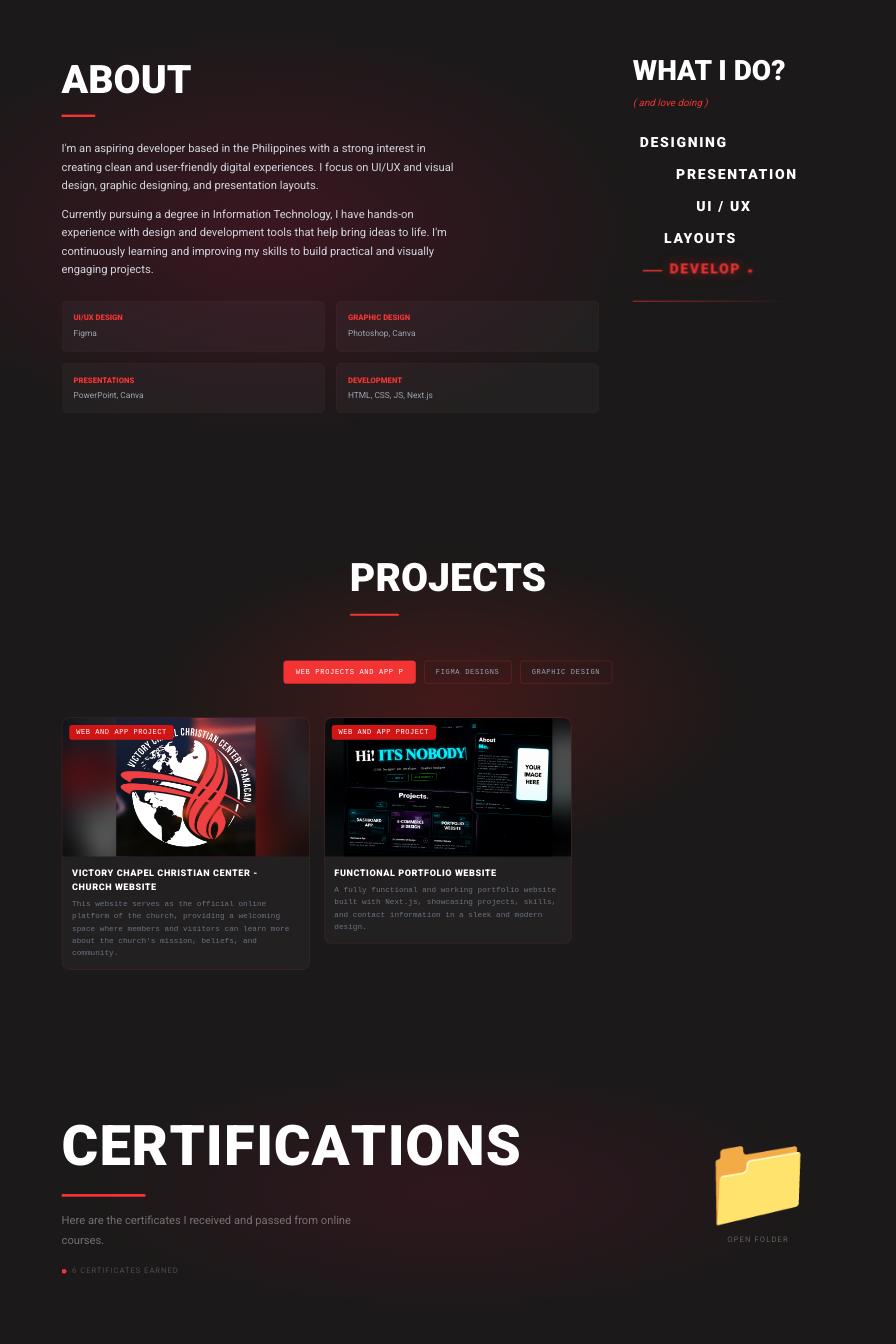
Repository: banbanny/my-portfolio
Page: /
These files come from the project's save history. The page is drawn as it stood at one moment and after the next save; the edit follows.
The browser window is 1280 px wide. The pictures show the part of the page from y = 744 to 2664 px (the page is 4275 px tall), at 70% of full size.
The project was rebuilt for these pictures with package versions that can differ from the ones it lists, and the page was loaded fresh each time. The framework's server and built-in components were replaced by stand-ins that run in the browser. Also part of the build but not shown: next.config.js.

Above is the page before, as saved 2026-05-07 15:37:11.

### src/app/layout.tsx
import type { Metadata } from "next";
import "./globals.css";

export const metadata: Metadata = {
  title: "Ivanne Obediente | Portfolio",
  description:
    "Aspiring developer based in the Philippines — design, UI/UX, and visual storytelling.",
};

export default function RootLayout({
  children,
}: {
  children: React.ReactNode;
}) {
  return (
    <html lang="en">
      <body>{children}</body>
    </html>
  );
}

### src/app/page.tsx
import Navbar from "@/components/Navbar";
import Hero from "@/components/Hero";
import About from "@/components/About";
import Projects from "@/components/Projects";
import Certifications from "@/components/Certifications";
import TechStack from "@/components/TechStack";
import Footer from "@/components/Footer";

export default function Home() {
  return (
    <main style={{ background: "#1B1919" }}>
      <Navbar />
      <Hero />
      <About />
      <Projects />
      <Certifications />
      <TechStack />
      <Footer />
    </main>
  );
}

### src/app/globals.css
@import url("https://fonts.googleapis.com/css2?family=Roboto:wght@400;900&display=swap");
@tailwind base;
@tailwind components;
@tailwind utilities;

:root {
  --bg: #1b1919;
  --white: #ffffff;
  --red-primary: #f43434;
  --red-dark: #d22828;
  --red-bright: #ff3c00;
  --red-accent: #ff0033;
}

* {
  margin: 0;
  padding: 0;
  box-sizing: border-box;
}

html {
  scroll-behavior: smooth;
}

body {
  background-color: var(--bg);
  color: var(--white);
  font-family: "Roboto", sans-serif;
  font-weight: 400;
  overflow-x: hidden;
}

/* ─── Noise texture overlay ─── */
body::before {
  content: "";
  position: fixed;
  inset: 0;
  background-image: url("data:[embedded picture, 306 characters]");
  pointer-events: none;
  z-index: 9999;
  opacity: 10;
}

/* ─── Red glow blob (hero background) ─── */
.hero-glow {
  background: radial-gradient(
    ellipse 60% 55% at 80% 50%,
    rgba(210, 40, 40, 0.55) 0%,
    rgba(255, 60, 0, 0.25) 45%,
    transparent 75%
  );
}

/* ─── Section red glow (bottom sections) ─── */
.section-glow {
  background: radial-gradient(
    ellipse 70% 50% at 50% 100%,
    rgba(210, 40, 40, 0.3) 0%,
    transparent 70%
  );
}

/* ─── Typography utilities ─── */
.font-black-roboto {
  font-family: "Roboto", sans-serif;
  font-weight: 900;
}

.text-red {
  color: var(--red-primary);
}

/* ─── Divider line ─── */
.divider {
  height: 2px;
  background: var(--red-primary);
  width: 100%;
}

/* ─── Vertical label (ABOUT) ─── */
.vertical-label {
  writing-mode: vertical-rl;
  text-orientation: mixed;
  transform: rotate(180deg);
  letter-spacing: 0.3em;
  font-weight: 900;
  font-size: 1.1rem;
}

/* ─── Card white box ─── */
.card-white {
  background: #ffffff;
  color: #1b1919;
  border-radius: 4px;
}

/* ─── Navbar link hover ─── */
.nav-link {
  position: relative;
  font-size: 0.75rem;
  letter-spacing: 0.12em;
  text-transform: uppercase;
  transition: color 0.2s;
}
.nav-link::after {
  content: "";
  position: absolute;
  left: 0;
  bottom: -2px;
  width: 0;
  height: 1px;
  background: var(--red-primary);
  transition: width 0.25s;
}
.nav-link:hover {
  color: var(--red-primary);
}
.nav-link:hover::after {
  width: 100%;
}

/* ─── Tech stack / cert card hover ─── */
.stack-card {
  border: 1px solid rgba(244, 52, 52, 0.3);
  transition: border-color 0.2s, transform 0.2s;
}
.stack-card:hover {
  border-color: var(--red-primary);
  transform: translateY(-2px);
}

/* ─── Project card hover ─── */
.project-card {
  transition: transform 0.2s, box-shadow 0.2s;
}
.project-card:hover {
  transform: translateY(-4px);
  box-shadow: 0 8px 30px rgba(244, 52, 52, 0.25);
}

/* ─── Scroll fade-in animation ─── */
@keyframes fadeUp {
  from {
    opacity: 0;
    transform: translateY(24px);
  }
  to {
    opacity: 1;
    transform: translateY(0);
  }
}
.animate-fadeUp {
  animation: fadeUp 0.6s ease forwards;
}

### src/components/Navbar.tsx
"use client";

import { useState } from "react";

const links = [
  { label: "Home", href: "#home" },
  { label: "About", href: "#about" },
  { label: "Projects", href: "#projects" },
  { label: "Contact", href: "#contact" },
];

export default function Navbar() {
  const [menuOpen, setMenuOpen] = useState(false);

  return (
    <header
      className="fixed top-0 left-0 w-full z-50"
      style={{
        background:
          "linear-gradient(180deg, rgba(27,25,25,0.98) 0%, rgba(27,25,25,0.85) 100%)",
        backdropFilter: "blur(6px)",
        borderBottom: "1px solid rgba(244,52,52,0.1)",
      }}
    >
      <div className="max-w-6xl mx-auto px-6 py-4 flex items-center justify-between">
        {/* Logo / Name */}
        <div>

          <p
            className="font-black-roboto text-sm tracking-widest uppercase leading-tight"
            style={{ color: "#F43434" }}
          >
            Ivanne
          </p>
          <p className="font-black-roboto text-sm tracking-widest uppercase leading-tight text-white">
            Obediente
          </p>
        </div>

        {/* Desktop Nav */}
        <nav className="hidden md:flex items-center gap-8">
          {links.map((link) => (
            <a key={link.href} href={link.href} className="nav-link text-white">
              {link.label}
            </a>
          ))}
        </nav>

        {/* Mobile Hamburger */}
        <button
          className="md:hidden flex flex-col gap-1.5 p-2"
          onClick={() => setMenuOpen(!menuOpen)}
          aria-label="Toggle menu"
        >
          <span
            className="block w-6 h-0.5 bg-white transition-transform"
            style={menuOpen ? { transform: "rotate(45deg) translate(3px, 3px)" } : {}}
          />
          <span
            className="block w-6 h-0.5 bg-white transition-opacity"
            style={menuOpen ? { opacity: 0 } : {}}
          />
          <span
            className="block w-6 h-0.5 bg-white transition-transform"
            style={menuOpen ? { transform: "rotate(-45deg) translate(3px, -3px)" } : {}}
          />
        </button>
      </div>

      {/* Mobile Menu */}
      {menuOpen && (
        <div
          className="md:hidden px-6 pb-6 flex flex-col gap-5"
          style={{ background: "rgba(27,25,25,0.98)" }}
        >
          {links.map((link) => (
            <a
              key={link.href}
              href={link.href}
              className="nav-link text-white text-sm"
              onClick={() => setMenuOpen(false)}
            >
              {link.label}
            </a>
          ))}
        </div>
      )}
    </header>
  );
}

### src/components/Projects.tsx
'use client'

import { useState, useEffect, useRef } from "react";

type ProjectType = "web" | "figma" | "graphics";

interface Project {
  id: number; title: string; type: ProjectType; description: string; thumbnail: string; link: string;
}

const projects: Project[] = [
  { id: 1,
    title: "Victory Chapel Christian Center - Church Website",
    type: "web",
    description: "This website serves as the official online platform of the church, providing a welcoming space where members and visitors can learn more about the church's mission, beliefs, and community.",
    thumbnail: "/vccc-thumbnail.jpg",
    link: "https://vccc-website-one.vercel.app/"
  },
  { id: 2,
    title: "Functional Portfolio Website",
    type: "web",
    description: "A fully functional and working portfolio website built with Next.js, showcasing projects, skills, and contact information in a sleek and modern design.",
    thumbnail: "/web-port.png",
    link: "https://web-portfolio-ruby-pi.vercel.app/"
  },
  { id: 3,
     title: "Portfolio Website Design",
     type: "figma",
     description: "UI/UX design for a Portfolio.",
     thumbnail: "/figma1.png",
     link: "https://www.figma.com/file/your-file-id"
    },
  { id: 4,
    title: "Victory Chapel Christian Center - Church Website",
    type: "figma",
    description: "A church website",
     thumbnail: "/vccc.png",
     link: "https://www.figma.com/file/your-file-id-2"
    },
  { id: 5,
    title: "5CRG Inventory Management System",
    type: "figma",
    description: "Inventory Management System for 5CRG.",
    thumbnail: "/figma3.png",
    link: "https://www.figma.com/file/your-file-id-2"
  },
  { id: 6, title: "Brand Identity", type: "graphics", description: "Logo and branding for a local business.", thumbnail: "/thumbnails/graphics1.png", link: "https://www.behance.net/ivanneobediente23" },
  { id: 7, title: "Poster Design", type: "graphics", description: "Event poster with bold typography and layout.", thumbnail: "/thumbnails/graphics2.png", link: "https://www.behance.net/your-project-2" },
];

const filters: { label: string; value: ProjectType }[] = [
  { label: "WEB PROJECTS and APP P", value: "web" },
  { label: "FIGMA DESIGNS", value: "figma" },
  { label: "GRAPHIC DESIGN", value: "graphics" },
];

const typeConfig: Record<ProjectType, { label: string; badge: string }> = {
  web:      { label: "Web and App Project",  badge: "#d11414" },
  figma:    { label: "Figma Design", badge: "#910d39" },
  graphics: { label: "Graphics",     badge: "#f16f24" },
};

function useInView(threshold = 0.15) {
  const ref = useRef<HTMLDivElement>(null);
  const [inView, setInView] = useState(false);
  useEffect(() => {
    const el = ref.current; if (!el) return;
    const obs = new IntersectionObserver(([entry]) => { if (entry.isIntersecting) setInView(true); }, { threshold });
    obs.observe(el); return () => obs.disconnect();
  }, []);
  return { ref, inView };
}

function ProjectCard({ project, index }: { project: Project; index: number }) {
  const [hovered, setHovered] = useState(false);
  const { ref, inView } = useInView();
  const cfg = typeConfig[project.type];

  return (
    <div ref={ref} style={{ opacity: inView ? 1 : 0, transform: inView ? "translateY(0)" : "translateY(32px)", transition: `opacity 0.55s ease ${index * 0.08}s, transform 0.55s ease ${index * 0.08}s` }}>
      <a href={project.link} target="_blank" rel="noopener noreferrer"
        onMouseEnter={() => setHovered(true)} onMouseLeave={() => setHovered(false)}
        style={{ display:"block", borderRadius:"12px", overflow:"hidden", border:`1px solid ${hovered ? "rgba(244,52,52,0.45)" : "rgba(244,52,52,0.15)"}`, background: hovered ? "rgba(244,52,52,0.06)" : "rgba(255,255,255,0.03)", transform: hovered ? "translateY(-5px)" : "translateY(0)", transition:"all 0.3s cubic-bezier(0.34,1.56,0.64,1)", cursor:"pointer", textDecoration:"none" }}>
        <div style={{ position:"relative", width:"100%", aspectRatio:"16/9", overflow:"hidden" }}>
          <img src={project.thumbnail} alt="" aria-hidden="true" style={{ position:"absolute", inset:0, width:"100%", height:"100%", objectFit:"cover", filter:"blur(18px) brightness(0.4) saturate(1.4)", transform:"scale(1.15)", pointerEvents:"none" }} />
          <img src={project.thumbnail} alt={project.title} style={{ position:"relative", zIndex:1, width:"100%", height:"100%", objectFit:"contain", transform: hovered ? "scale(1.04)" : "scale(1)", transition:"transform 0.5s ease", display:"block" }}
            onError={(e) => { (e.target as HTMLImageElement).style.display = "none"; const p = (e.target as HTMLImageElement).parentElement; if (p) p.style.background = "#2a2222"; }} />
          <div style={{ position:"absolute", inset:0, zIndex:2, background:"rgba(0,0,0,0.5)", opacity: hovered ? 1 : 0, transition:"opacity 0.3s ease", display:"flex", alignItems:"center", justifyContent:"center" }}>
            <span style={{ fontSize:"12px", fontFamily:"monospace", color:"#fff", letterSpacing:"0.12em", textTransform:"uppercase", border:"1px solid rgba(255,255,255,0.6)", padding:"8px 16px", borderRadius:"4px" }}>
              {project.type === "web" && "Visit Site →"}{project.type === "figma" && "Open in Figma →"}
            </span>
          </div>
          <span style={{ position:"absolute", top:"10px", left:"10px", zIndex:3, fontSize:"10px", fontFamily:"monospace", letterSpacing:"0.08em", textTransform:"uppercase", color:"#fff", background:cfg.badge, padding:"3px 10px", borderRadius:"4px" }}>{cfg.label}</span>
        </div>
        <div style={{ padding:"14px" }}>
          <h3 style={{ fontFamily:"inherit", fontSize:"clamp(11px, 1.5vw, 13px)", fontWeight:700, textTransform:"uppercase", letterSpacing:"0.06em", color:"#fff", margin:"0 0 6px" }}>{project.title}</h3>
          <p style={{ fontSize:"11px", fontFamily:"monospace", color:"#6b7280", lineHeight:1.6, margin:0 }}>{project.description}</p>
        </div>
      </a>
    </div>
  );
}

function BehanceCard() {
  const { ref, inView } = useInView(0.2);
  const [hovered, setHovered] = useState(false);
  return (
    <>
      <style>{`
        @keyframes dotPulse { 0%,100% { opacity:0.18; } 50% { opacity:0.45; } }
        @keyframes beFloat { 0%,100% { transform:translateY(0px); } 50% { transform:translateY(-7px); } }
        @keyframes glowPulse { 0%,100% { opacity:0.3; } 50% { opacity:0.6; } }
        .behance-dot-bg { position:absolute; inset:0; background-image:radial-gradient(circle, rgba(255,255,255,0.13) 1px, transparent 1px); background-size:28px 28px; animation:dotPulse 4s ease-in-out infinite; border-radius:16px; }
        .be-logo-wrap { animation:beFloat 3.2s ease-in-out infinite; display:inline-block; }
        .be-glow { position:absolute; top:50%; left:50%; transform:translate(-50%,-50%); width:260px; height:160px; background:radial-gradient(ellipse, rgba(30,80,255,0.18) 0%, transparent 70%); animation:glowPulse 3s ease-in-out infinite; pointer-events:none; }
        .behance-cta-btn { display:inline-flex; align-items:center; gap:10px; padding:14px 38px; font-size:12px; font-family:monospace; letter-spacing:0.16em; text-transform:uppercase; color:#fff; border:1px solid rgba(255,255,255,0.25); border-radius:6px; background:rgba(255,255,255,0.06); text-decoration:none; transition:all 0.3s ease; }
        .behance-cta-btn:hover { background:rgba(255,255,255,0.14); border-color:rgba(255,255,255,0.55); transform:translateY(-2px); }
      `}</style>
      <div ref={ref} style={{ opacity: inView ? 1 : 0, transform: inView ? "translateY(0)" : "translateY(28px)", transition:"opacity 0.6s ease, transform 0.6s ease" }}>
        <div onMouseEnter={() => setHovered(true)} onMouseLeave={() => setHovered(false)}
          style={{ position:"relative", overflow:"hidden", borderRadius:"16px", border:`1px solid ${hovered ? "rgba(255,255,255,0.14)" : "rgba(255,255,255,0.07)"}`, background:"#08080f", padding:"clamp(40px, 8vw, 72px) clamp(20px, 5vw, 40px) clamp(36px, 7vw, 56px)", textAlign:"center", transition:"border-color 0.4s ease" }}>
          <div className="behance-dot-bg" aria-hidden="true" />
          <div className="be-glow" aria-hidden="true" />
          <div style={{ position:"relative", marginBottom:"20px" }}>
            <div className="be-logo-wrap">
              <img src="https://cdn.jsdelivr.net/gh/devicons/devicon/icons/behance/behance-original.svg" alt="Behance" style={{ width:"88px", height:"88px", filter:"brightness(0) invert(1)", margin:"0 auto", display:"block" }} />
            </div>
          </div>
          <p style={{ position:"relative", fontFamily:"monospace", fontSize:"11px", letterSpacing:"0.22em", textTransform:"uppercase", color:"rgba(255,255,255,0.35)", marginBottom:"32px" }}>All Graphic Design Work Lives on Behance</p>
          <div style={{ position:"relative", marginBottom:"44px" }}>
            <a href="https://www.behance.net/YOUR_BEHANCE_USERNAME" target="_blank" rel="noopener noreferrer" className="behance-cta-btn">View on Behance <span style={{ fontSize:"16px" }}>↗</span></a>
          </div>
          <div style={{ position:"relative", display:"flex", alignItems:"center", justifyContent:"center", flexWrap:"wrap", gap:"4px" }}>
            {["Brand Identity", "Social Media", "Print Design"].map((tag, i, arr) => (
              <span key={tag} style={{ display:"flex", alignItems:"center" }}>
                <span style={{ fontSize:"11px", fontFamily:"monospace", letterSpacing:"0.12em", textTransform:"uppercase", color:"rgba(255,255,255,0.28)", padding:"0 16px" }}>{tag}</span>
                {i < arr.length - 1 && <span style={{ color:"rgba(255,255,255,0.15)" }}>|</span>}
              </span>
            ))}
          </div>
        </div>
      </div>
    </>
  );
}

export default function Projects() {
  const [active, setActive] = useState<ProjectType>("web");
  const [visible, setVisible] = useState(true);
  const filtered = projects.filter((p) => p.type === active);

  function handleFilter(val: ProjectType) {
    setVisible(false);
    setTimeout(() => { setActive(val); setVisible(true); }, 220);
  }

  return (
    <section id="projects" className="relative py-16 md:py-24 overflow-hidden" style={{ background: "#1B1919" }}>
      <div className="absolute pointer-events-none" style={{ top:"40%", left:"50%", transform:"translate(-50%,-50%)", width:"80%", height:"80%", background:"radial-gradient(ellipse 60% 50% at 50% 50%, rgba(161,25,25,0.3) 0%, transparent 70%)" }} aria-hidden="true" />
      <div className="relative max-w-6xl mx-auto px-5 sm:px-6">
        <div className="text-center mb-12 md:mb-16">
          <div style={{ display:"inline-block" }}>
            <h2 className="font-black-roboto uppercase text-white" style={{ fontSize:"clamp(2rem, 6vw, 3.5rem)", margin:0 }}>PROJECTS</h2>
            <div style={{ width:"25%", height:"3px", background:"#F43434", marginTop:"10px", borderRadius:"2px" }} />
          </div>
        </div>
        <div className="flex flex-wrap gap-2 md:gap-3 justify-center mb-10 md:mb-12">
          {filters.map((f) => {
            const isActive = active === f.value;
            return (
              <button key={f.value} onClick={() => handleFilter(f.value)}
                style={{ padding:"8px 16px", fontSize:"10px", fontFamily:"monospace", letterSpacing:"0.1em", textTransform:"uppercase", color: isActive ? "#fff" : "#9ca3af", background: isActive ? "#F43434" : "transparent", border:`1px solid ${isActive ? "#F43434" : "rgba(244,52,52,0.3)"}`, borderRadius:"4px", cursor:"pointer", transition:"all 0.25s ease" }}
                onMouseEnter={(e) => { if (!isActive) { (e.currentTarget as HTMLButtonElement).style.borderColor = "rgba(244,52,52,0.7)"; (e.currentTarget as HTMLButtonElement).style.color = "#fff"; } }}
                onMouseLeave={(e) => { if (!isActive) { (e.currentTarget as HTMLButtonElement).style.borderColor = "rgba(244,52,52,0.3)"; (e.currentTarget as HTMLButtonElement).style.color = "#9ca3af"; } }}>
                {f.label}
              </button>
            );
          })}
        </div>
        <div style={{ opacity: visible ? 1 : 0, transform: visible ? "translateY(0)" : "translateY(10px)", transition:"opacity 0.22s ease, transform 0.22s ease" }}>
          {active === "graphics" ? (
            <BehanceCard />
          ) : (
            <div style={{ display:"grid", gridTemplateColumns:"repeat(auto-fill, minmax(min(280px, 100%), 1fr))", gap:"20px" }}>
              {filtered.map((project, i) => <ProjectCard key={project.id} project={project} index={i} />)}
            </div>
          )}
        </div>
      </div>
    </section>
  );
}

### tailwind.config.ts
import type { Config } from "tailwindcss";

const config: Config = {
  content: [
    "./src/pages/**/*.{js,ts,jsx,tsx,mdx}",
    "./src/components/**/*.{js,ts,jsx,tsx,mdx}",
    "./src/app/**/*.{js,ts,jsx,tsx,mdx}",
  ],
  theme: {
    extend: {
      colors: {
        background: "#1B1919",
        red: {
          primary: "#F43434",
          dark: "#D22828",
          bright: "#FF3C00",
          accent: "#FF0033",
        },
      },
      fontFamily: {
        roboto: ["Roboto", "sans-serif"],
      },
    },
  },
  plugins: [],
};
export default config;

Loaded but not shown: src/components/Certifications.tsx (255 lines, source omitted); src/components/Footer.tsx (185 lines, source omitted); src/components/About.tsx (122 lines, source omitted); src/components/Hero.tsx (153 lines, source omitted); src/components/TechStack.tsx (197 lines, source omitted)

After the next save:
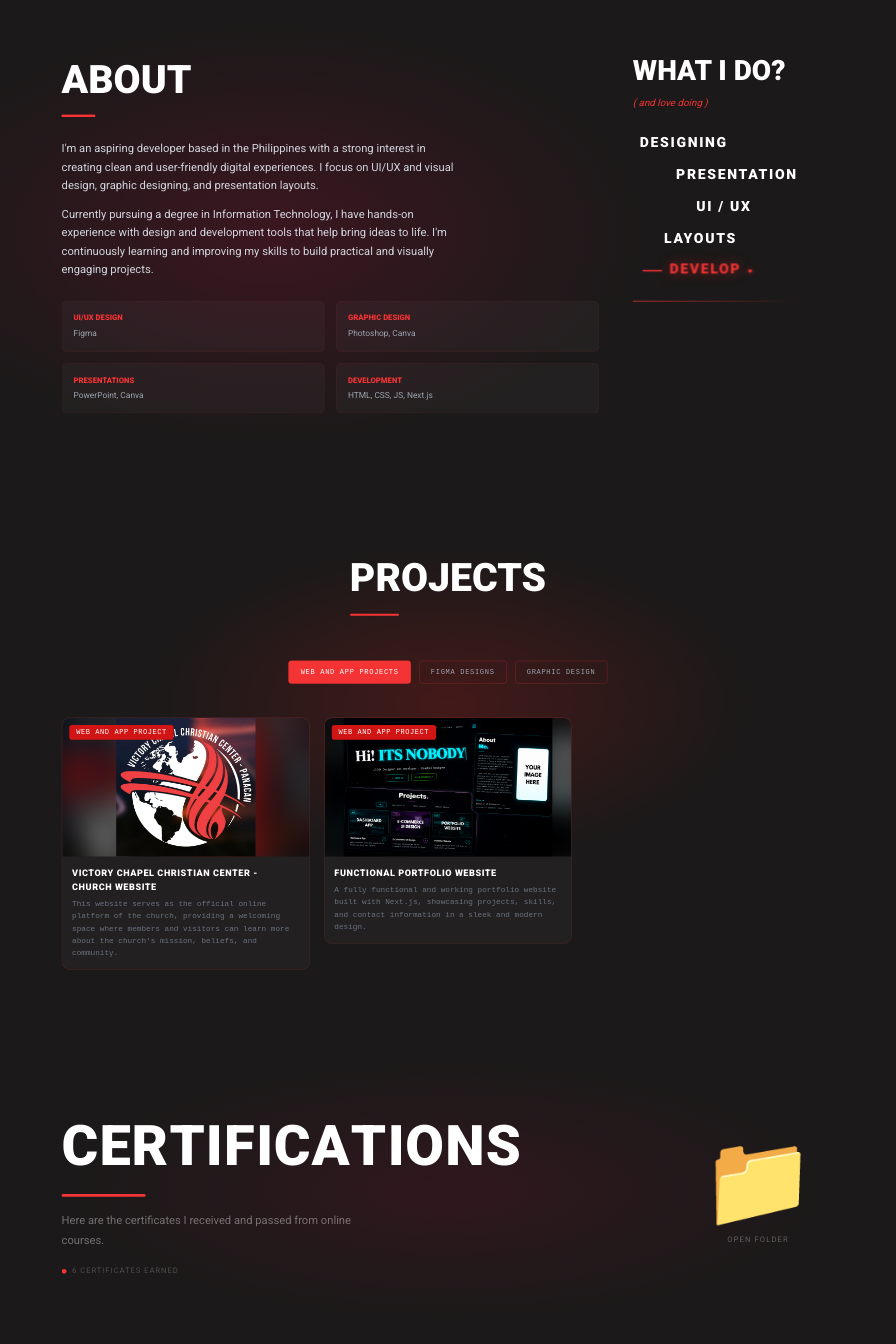
Saved 5 s later.
--- a/src/components/Projects.tsx
+++ b/src/components/Projects.tsx
@@ -49,7 +49,7 @@ const projects: Project[] = [
 ];
 
 const filters: { label: string; value: ProjectType }[] = [
-  { label: "WEB PROJECTS and APP P", value: "web" },
+  { label: "WEB and APP PROJECTS", value: "web" },
   { label: "FIGMA DESIGNS", value: "figma" },
   { label: "GRAPHIC DESIGN", value: "graphics" },
 ];
